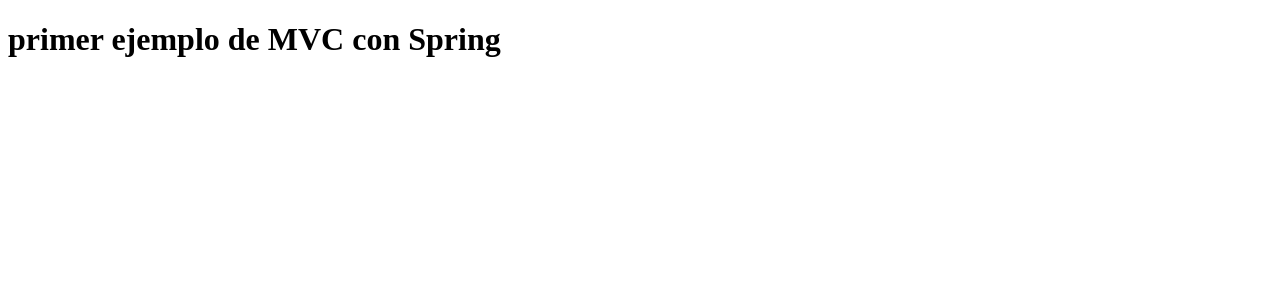
Repository: CristianFgithub/SpringAprendizaje
Page: http://localhost/Spring_MVC_Ejemplo1/
These files come from the project's save history. The page is drawn as it stood at one moment and after the next save; the edit follows.
The browser window is 1280 px wide. The pictures show the whole page.
The page is served by Tomcat 9.

Above is the page before, as saved 2021-07-22 11:45:58.

After the next save:
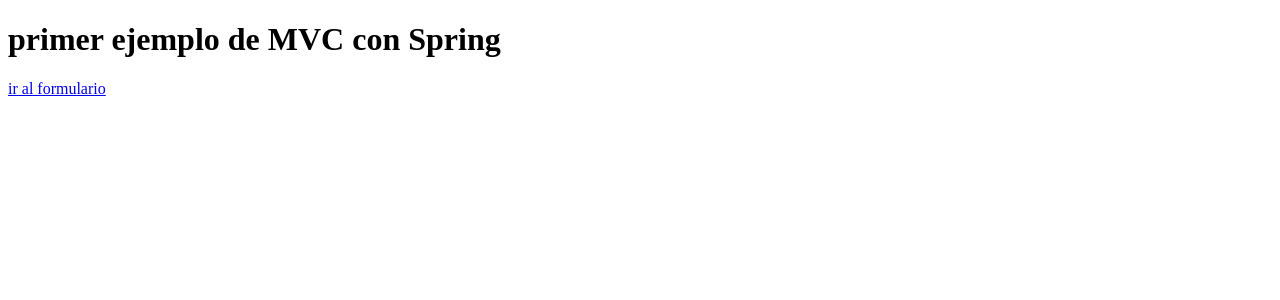
Saved 43 s later.
--- a/Spring_MVC_Ejemplo1/src/main/webapp/WEB-INF/vista/paginaEjemplo.jsp
+++ b/Spring_MVC_Ejemplo1/src/main/webapp/WEB-INF/vista/paginaEjemplo.jsp
@@ -15,6 +15,8 @@
 </h1>
 
 
+<a href="muestraFormulario">ir al formulario</a>
+
 
 </body>
 </html>
